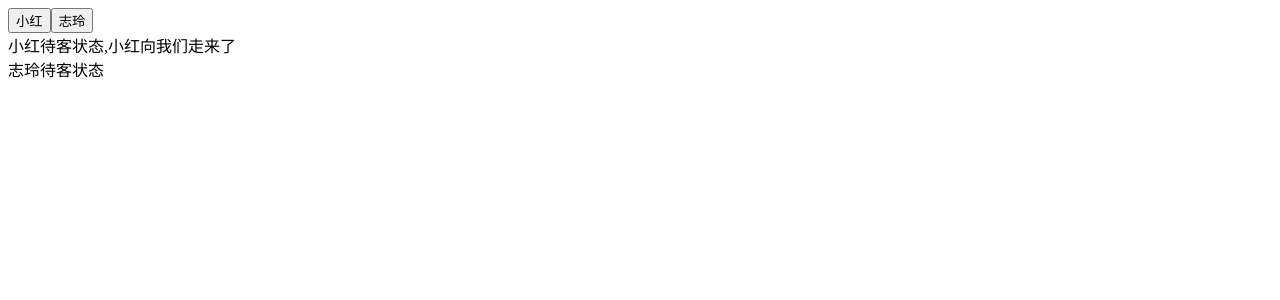
Repository: fuuka10969/react
Page: / (app in demo/react-hooks/demo01/)
The author's editor kept a copy of each file at every save. The page is drawn from the files as they stood at one save, then again after the next save.
The browser window is 1280 px wide. The pictures show the whole page.
The project was rebuilt for these pictures with package versions that can differ from the ones it lists, and the page was loaded fresh each time.

Above is the page before, as saved 2021-02-11 16:26:17.

After the next save:
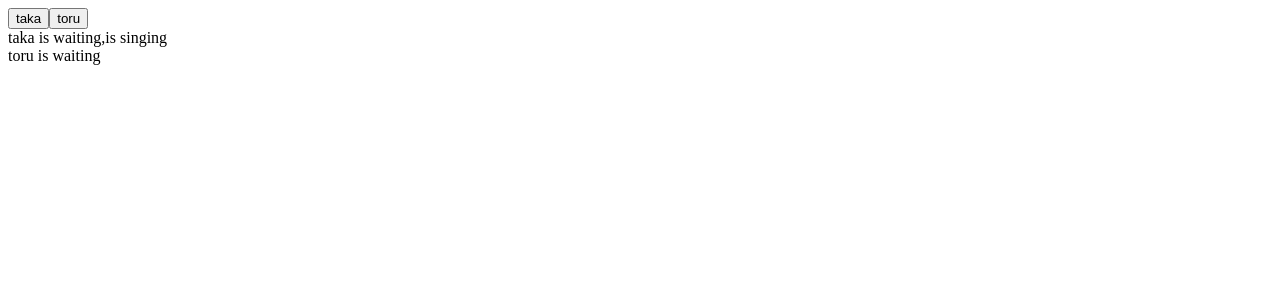
Saved 103 s later.
--- a/demo/react-hooks/demo01/src/Example7.js
+++ b/demo/react-hooks/demo01/src/Example7.js
@@ -2,28 +2,28 @@
 import React , {useState, useMemo} from 'react';
 
 function Example7(){
-    const [xiaohong , setXiaohong] = useState('小红待客状态')
-    const [zhiling , setZhiling] = useState('志玲待客状态')
+    const [taka , setTaka] = useState('taka is waiting')
+    const [toru , setToru] = useState('toru is waiting')
     return (
         <>
-            <button onClick={()=>{setXiaohong(new Date().getTime())}}>小红</button>
-            <button onClick={()=>{setZhiling(new Date().getTime()+',志玲向我们走来了')}}>志玲</button>
-            <ChildComponent name={xiaohong}>{zhiling}</ChildComponent>
+            <button onClick={()=>{setXiaohong(new Date().getTime())}}>taka</button>
+            <button onClick={()=>{setZhiling(new Date().getTime()+'guitar')}}>toru</button>
+            <ChildComponent name={taka}>{toru}</ChildComponent>
         </>
     )
 }
 
 function ChildComponent({name,children}){
-  function changeXiaohong(name){
+  function changeTaka(name){
       console.log('她来了，她来了。小红向我们走来了')
-      return name+',小红向我们走来了'
+      return name+',is singing'
   }
 
-  const actionXiaohong = useMemo(()=>changeXiaohong(name),[name])
+  const actionTaka = useMemo(()=>changeTaka(name),[name])
 
   return (
       <>
-          <div>{actionXiaohong}</div>
+          <div>{actionTaka}</div>
           <div>{children}</div>
       </>
   )
